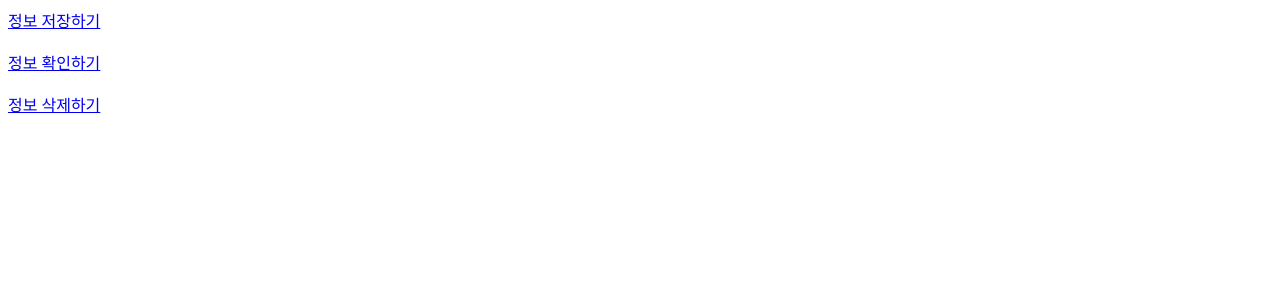
Repository: kdh4357065/3_highjava
Page: http://localhost/webTest/basic/session/sessionTest.jsp
An editor plug-in stored every save of this project. The page is shown before and after the next save, followed by the edit.
The browser window is 1280 px wide. The pictures show the whole page.
The page is served by Tomcat 9. Other server files are loaded and not shown.

Above is the page before, as saved 2023-03-30 03:21:28.

### WorkSpace/webTest/src/main/webapp/basic/session/sessionTest.jsp
<%@ page language="java" contentType="text/html; charset=UTF-8"
    pageEncoding="UTF-8"%>
<!DOCTYPE html>
<html>
<head>
<meta charset="UTF-8">
<title>Session 연습</title>
</head>
<body>
<%
//JSP문서에서는 Session정보가 'session'이라는 이름으로 자동으로 저장되어 있다.
//그래서 HttpSession session = request.getSession();이 명령을 사용할 필요가 없다.

%>
<a href="<%=request.getContextPath() %>/sessionAdd.do">정보 저장하기</a><br><br>
<a href="<%=request.getContextPath() %>/sessionRead.do">정보 확인하기</a><br><br>
<a href="<%=request.getContextPath() %>/sessionDel.do">정보 삭제하기</a>
</body>
</html>

After the next save:
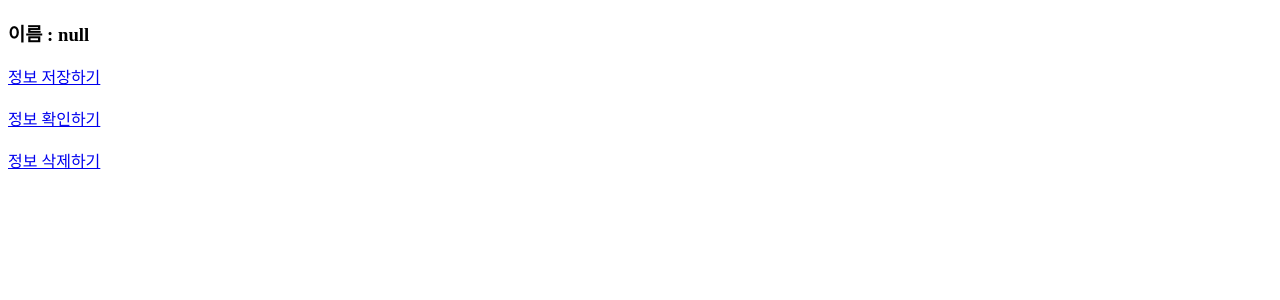
Saved 95 s later.
--- a/WorkSpace/webTest/src/main/webapp/basic/session/sessionTest.jsp
+++ b/WorkSpace/webTest/src/main/webapp/basic/session/sessionTest.jsp
@@ -12,6 +12,7 @@
 //그래서 HttpSession session = request.getSession();이 명령을 사용할 필요가 없다.
 
 %>
+<h3>이름 : <%=session.getAttribute("userName") %></h3>
 <a href="<%=request.getContextPath() %>/sessionAdd.do">정보 저장하기</a><br><br>
 <a href="<%=request.getContextPath() %>/sessionRead.do">정보 확인하기</a><br><br>
 <a href="<%=request.getContextPath() %>/sessionDel.do">정보 삭제하기</a>
